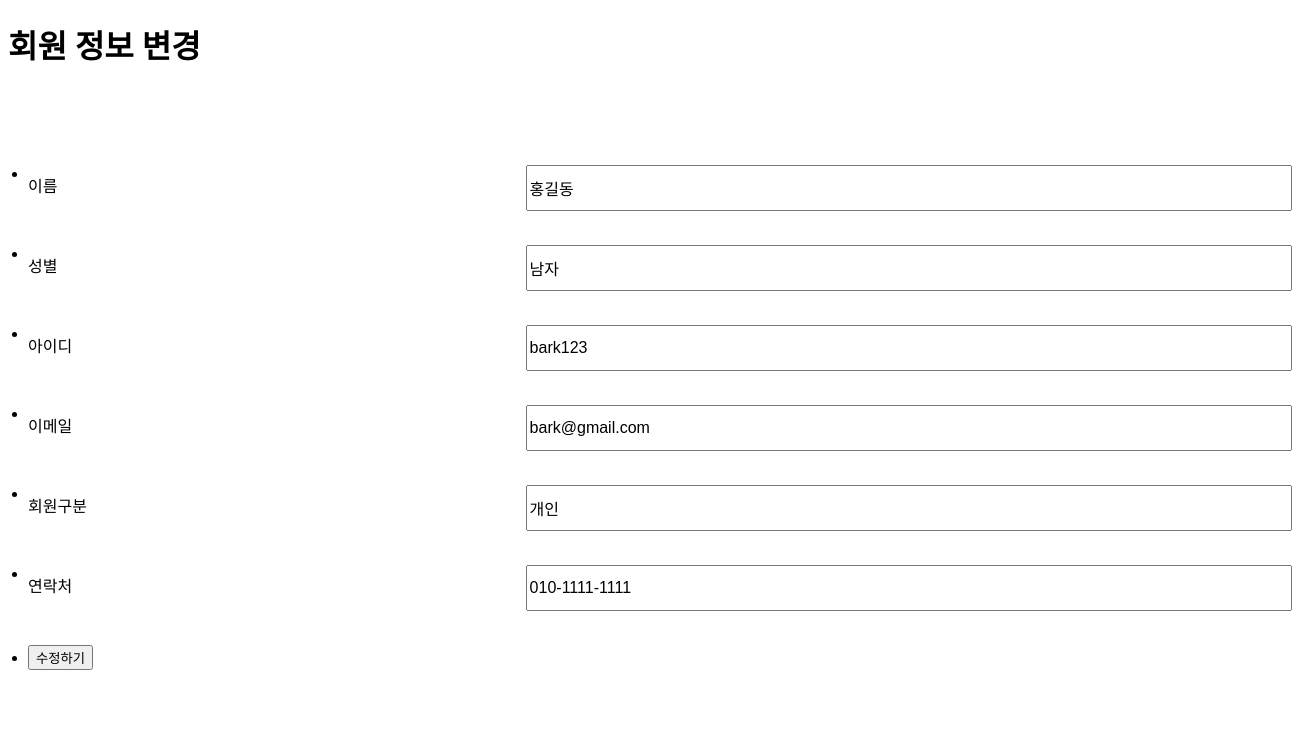
Repository: jngwk/Project-Bark
Page: http://localhost/Bark/include/userEditProfileFrm.jsp
These files come from the project's save history. The page is drawn as it stood at one moment and after the next save; the edit follows.
The browser window is 1280 px wide. The page is 1292 px wide, so the pictures cover 1292 px, including what lies to the right of the window. The pictures show the whole page.
The page is served by Tomcat 9.

Above is the page before, as saved 2024-03-31 05:48:03.

After the next save:
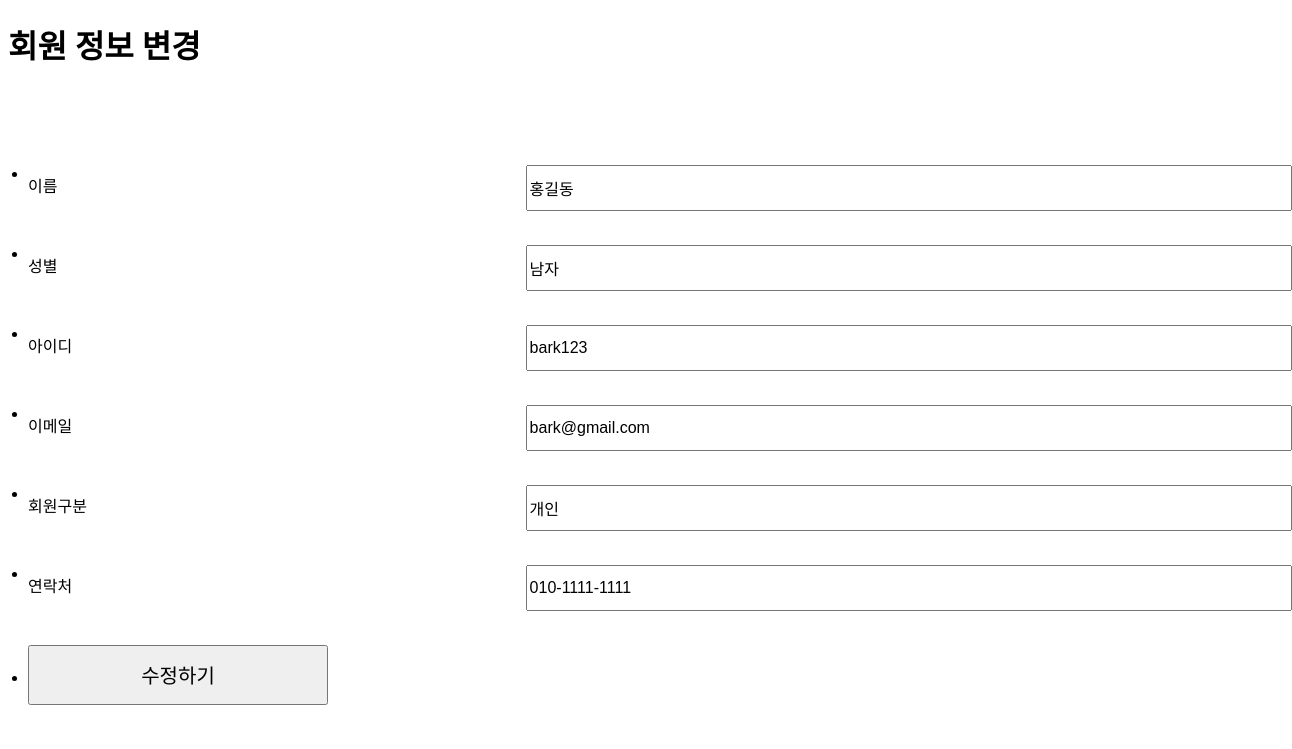
Saved 12 s later.
--- a/java_workspace/Bark/src/main/webapp/include/userEditProfileFrm.jsp
+++ b/java_workspace/Bark/src/main/webapp/include/userEditProfileFrm.jsp
@@ -39,7 +39,7 @@
 			<input class="profile-info" type="text" data-text-content="true"
 			value="010-1111-1111" ></li>
 			<li class="form-element">
-			<button type="submit" class="btn submit"><span>수정하기</span></button>
+			<button type="submit" class="edit-btn btn"><span>수정하기</span></button>
 			</li>
 		</ul>
 	</form>
